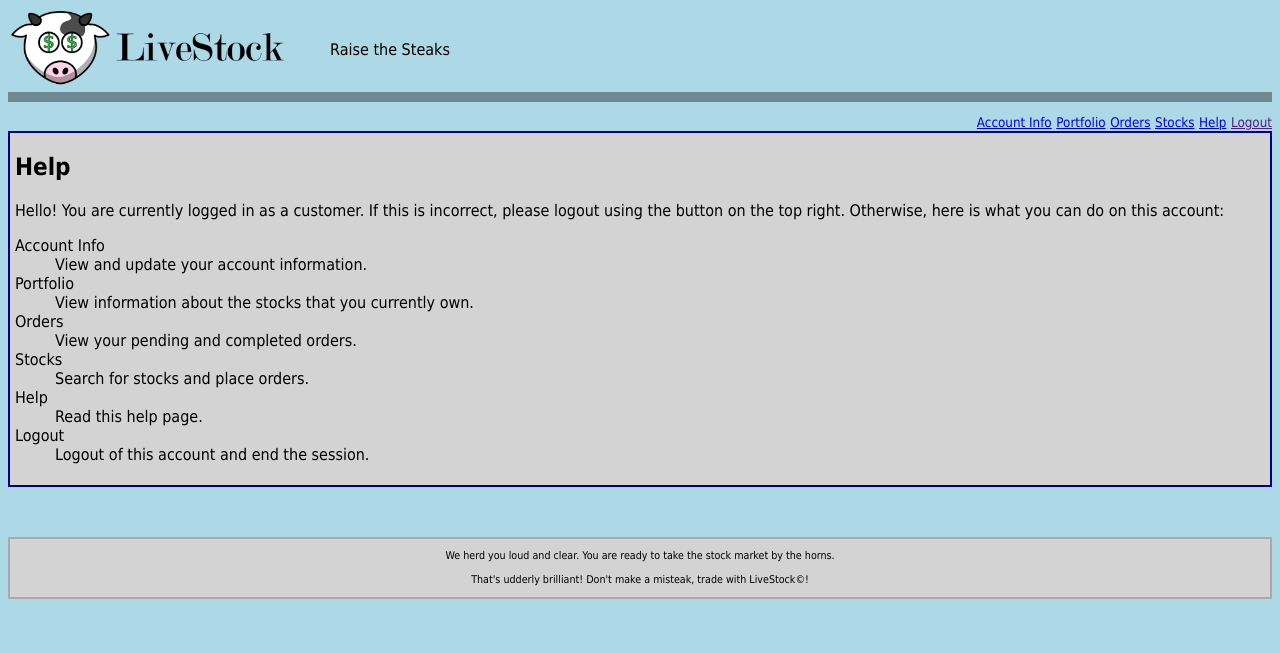
Repository: yastapova/live-stock
Page: http://localhost/LiveStockSite/WEB-INF/cust_help.jsp
These files come from the project's save history. The page is drawn as it stood at one moment and after the next save; the edit follows.
The browser window is 1280 px wide. The pictures show the whole page.
The page is served by Tomcat 9. Nobody is signed in. Other server files are loaded and not shown. The template is opened directly, without the code that normally fills it, so the values that code supplies are empty.

Above is the page before, as saved 2016-04-19 21:06:55.

### LiveStockSite/WebContent/WEB-INF/cust_help.jsp
<!DOCTYPE html>
<html>
<head>
	<meta charset="ISO-8859-1">
	<title>LiveStock Trading | Help</title>
	<link rel="stylesheet" href="gen.css" />
</head>
<body>
	<jsp:include page="_header.jsp"></jsp:include>
	<jsp:include page="_cust_menu.jsp"></jsp:include>
	<div class="body" align="Left">
		<h2>Help</h2>
		<p>Hello! You are currently logged in as a customer. If this is incorrect,
		please logout using the button on the top right. Otherwise, here is what
		you can do on this account:</p>
		<dl>
			<dt>Account Info</dt>
			<dd>View and update your account information.</dd>
			<dt>Portfolio</dt>
			<dd>View information about the stocks that you currently own.</dd>
			<dt>Orders</dt>
			<dd>View your pending and completed orders.</dd>
			<dt>Stocks</dt>
			<dd>Search for stocks and place orders.</dd>
			<dt>Help</dt>
			<dd>Read this help page.</dd>
			<dt>Logout</dt>
			<dd>Logout of this account and end the session.</dd>
		</dl>
	</div>

	<jsp:include page="_footer.jsp"></jsp:include>
</body>
</html>

### LiveStockSite/WebContent/WEB-INF/_header.jsp
<%@ page language="java" contentType="text/html; charset=ISO-8859-1"
    pageEncoding="ISO-8859-1"%>
<div class="header">
	<table>
		<tr>
			<td width='315px'><a href="home"><img src="LivestockLogoName2.png" width='300px'></a></td>
			<td width='300px'><p>Raise the Steaks</p></td>
		</tr>
	</table>
	</div>

### LiveStockSite/WebContent/WEB-INF/_cust_menu.jsp
<%@ page language="java" contentType="text/html; charset=ISO-8859-1"
    pageEncoding="ISO-8859-1"%>
<div class="menu" align="right">
	<a href="cust_acc_info.jsp" class="active">Account Info</a>
	<a href="cust_portfolio.jsp">Portfolio</a>
	<a href="cust_orders.jsp">Orders</a>
	<a href="cust_stocks.jsp">Stocks</a>
	<a href="cust_help.jsp">Help</a>
	<a href="">Logout</a>
</div>

### LiveStockSite/WebContent/WEB-INF/_footer.jsp
<%@ page language="java" contentType="text/html; charset=ISO-8859-1"
    pageEncoding="ISO-8859-1"%>
<div class="footer">
	<p>We herd you loud and clear. You are ready to take the stock market by the horns.</p>
	<p>That's udderly brilliant! Don't make a misteak, trade with LiveStock&copy;!</p>
</div>

### LiveStockSite/WebContent/WEB-INF/gen.css
@CHARSET "ISO-8859-1";

body {
		background-color: lightblue;
		font-family: Tahoma;
}
.formlabel {
	font-size: 10pt;
}
.header {
	border-bottom-style: groove;
	border-bottom-width: 20px;
	border-bottom-color: lightblue;
}
.body {
	padding-left: 5px;
	padding-right: 5px;
	padding-bottom: 5px;
	background-color: lightgrey;
	border-style: solid;
	border-width: 2px;
	border-color: darkblue;
}
.footer {
	text-align: center;
	margin-top: 50px;
	padding-left: 5px;
	padding-right: 5px;
	background-color: lightgrey;
	border-style: solid;
	border-width: 2px;
	border-color: darkgrey;
}
.footer p {
	font-size: 8pt;
}
a {
	font-size: 10pt;
}

After the next save:
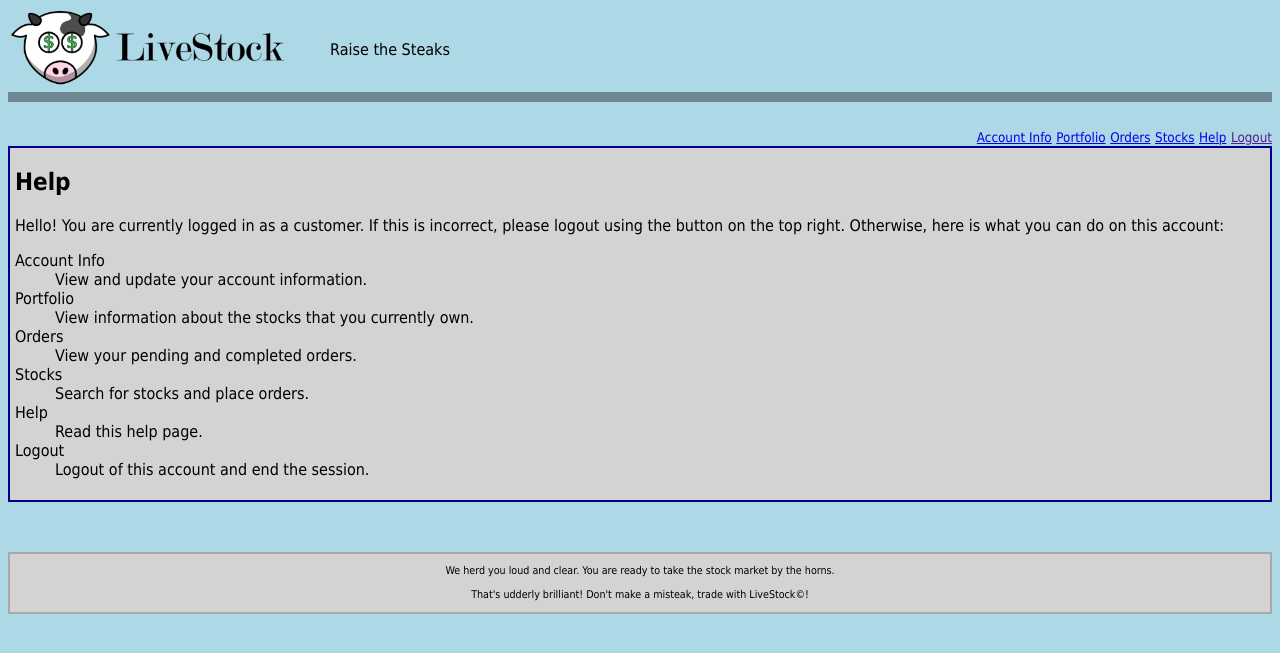
Saved 16 s later.
--- a/LiveStockSite/WebContent/WEB-INF/gen.css
+++ b/LiveStockSite/WebContent/WEB-INF/gen.css
@@ -11,6 +11,7 @@ body {
 	border-bottom-style: groove;
 	border-bottom-width: 20px;
 	border-bottom-color: lightblue;
+	margin-bottom: 15px;
 }
 .body {
 	padding-left: 5px;
